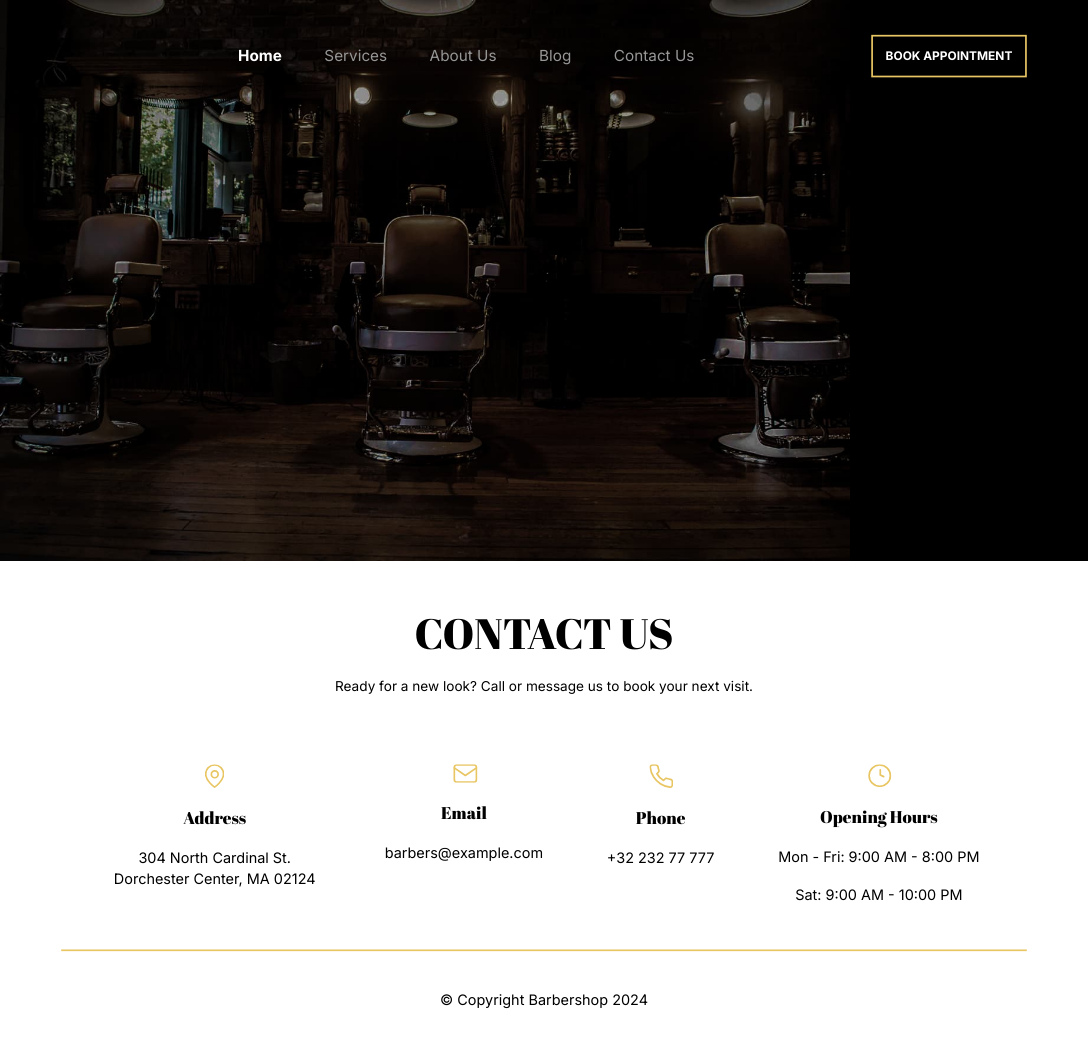
Repository: BogdanLazebnika/barbershop
Page: http://localhost/
An editor plug-in stored every save of this project. The page is shown before and after a run of saves, followed by the edit.
The browser window is 1280 px wide. The pictures show the whole page, at 85% of full size.
The page is run by PHP 8.4 with error messages shown; the project is at /var/www/html/.

Above is the page before, as saved 2025-07-16 19:00:03.

### index.php
<!DOCTYPE html>
<html lang="en">
<head>
    <meta charset="UTF-8">
    <meta name="viewport" content="width=device-width, initial-scale=1.0">
    <title>Homepage Barbershop</title>

    <link rel="stylesheet" href="assets/css/reset.css">
    <link rel="stylesheet" href="assets/css/style.css">
    <link rel="stylesheet" href="assets/css/index.css">
</head>
<body>

    <!-- Header -->
    <?php include 'components/header.php'; ?>

    <main>
        <!-- фонове зображення головної сторінки -->
         <div class="background-image-homepage">
            <img src="assets/images/backgrounds/hero.jpg" alt="Background Image">
         </div>
    </main>

    <?php include 'components/footer.php'; ?>

</body>
</html>

### components/header.php
<?php
$current = basename($_SERVER['PHP_SELF']);
?>
<header class="header">
    <div class="center-header-container">
        <!-- Link to Header CSS -->
        <link rel="stylesheet" href="assets/css/header.css">
        <link rel="preconnect" href="https://fonts.googleapis.com">
        <link rel="preconnect" href="https://fonts.gstatic.com" crossorigin>
        <link href="https://fonts.googleapis.com/css2?family=Inter:ital,opsz,wght@0,14..32,100..900;1,14..32,100..900&display=swap" rel="stylesheet">

        <script src="assets/js/header.js" defer></script>


        <div class="header-left">
            <button class="burger" id="burger">
                <span></span>
                <span></span>
                <span></span>
            </button>
        </div>

        <nav class="nav">
            <ul class="nav-list">
                <li class="nav-item">
                    <?php if ($current == 'index.php'): ?>
                        <span class="active">Home</span>
                    <?php else: ?>
                        <a href="index.php">Home</a>
                    <?php endif; ?>
                </li>

                <li class="nav-item">
                    <?php if ($current == 'services.php'): ?>
                        <span class="active">Services</span>
                    <?php else: ?>
                        <a href="services.php">Services</a>
                    <?php endif; ?>
                </li>

                <li class="nav-item">
                    <?php if ($current == 'about.php'): ?>
                        <span class="active">About Us</span>
                    <?php else: ?>
                        <a href="about.php">About Us</a>
                    <?php endif; ?>
                </li>

                <li class="nav-item">
                    <?php if ($current == 'blog.php'): ?>
                        <span class="active">Blog</span>
                    <?php else: ?>
                        <a href="blog.php">Blog</a>
                    <?php endif; ?>
                </li>

                <li class="nav-item">
                    <?php if ($current == 'contact.php'): ?>
                        <span class="active">Contact Us</span>
                    <?php else: ?>
                        <a href="contact.php">Contact Us</a>
                    <?php endif; ?>
                </li>
            </ul>
        </nav>
        <a class="button-book-appointment" href="#">BOOK APPOINTMENT</a>
    </div>



</header>

### components/footer.php
<footer>
    <!-- Link to Footer CSS -->
    <link rel="stylesheet" href="assets/css/footer.css">

    <link rel="preconnect" href="https://fonts.googleapis.com">
    <link rel="preconnect" href="https://fonts.gstatic.com" crossorigin>
    <link href="https://fonts.googleapis.com/css2?family=Abril+Fatface&family=Inter:ital,opsz,wght@0,14..32,100..900;1,14..32,100..900&display=swap" rel="stylesheet">

    <link rel="preconnect" href="https://fonts.googleapis.com">
    <link rel="preconnect" href="https://fonts.gstatic.com" crossorigin>
    <link href="https://fonts.googleapis.com/css2?family=Inter:ital,opsz,wght@0,14..32,100..900;1,14..32,100..900&display=swap" rel="stylesheet">


    <h2>CONTACT US</h2>
    <p class="footer-text">Ready for a new look? Call or message us to book your next visit.</p>

    <ul class="footer-contacts">
        <li>
            <ul class="contact-item">
                <li class="contact-icon">
                    <img src="assets/images/icons/icon_location.svg" alt="location">
                </li>
                <li class="contact-label">Address</li>
                <li class="contact-text">
                    304 North Cardinal St. Dorchester Center, MA 02124
                </li>
            </ul>
        </li>

        <li>
            <ul class="contact-item">
                <li class="contact-icon">
                    <img src="assets/images/icons/icon_envelope.svg" alt="email">
                </li>
                <li class="contact-label">Email</li>
                <li class="contact-text"><a href="mailto:barbers@example.com">barbers@example.com</a></li>
            </ul>
        </li>

        <li>
            <ul class="contact-item">
                <li class="contact-icon">
                    <img src="assets/images/icons/icon_phone.svg" alt="phone">
                </li>
                <li class="contact-label">Phone</li>
                <li class="contact-text"><a href="tel:+1234567890">+32 232 77 777</a></li>
            </ul>
        </li>

        <li>
            <ul class="contact-item">
                <li class="contact-icon">
                    <img src="assets/images/icons/icon_clock.svg" alt="opening hours">
                </li>
                <li class="contact-label">Opening Hours</li>
                <li class="contact-text">Mon - Fri: 9:00 AM - 8:00 PM</li>
                <li class="contact-text">Sat: 9:00 AM - 10:00 PM</li>
            </ul>
        </li>
    </ul>

    <!-- додаємо лінію -->
    <hr>

    <p class="copyright">© Copyright Barbershop 2024</p>
</footer>

### assets/css/style.css
body{
    max-width: 1440px;

    margin-left: auto;
    margin-right: auto;
    background-color: black;
}

main{
    /* відступ для фіксованої шапки */
    min-height: calc(100vh - 95px);
}

### assets/css/index.css
.background-image-homepage{
max-width: 1000px;

}

.background-image-homepage img {
    width: 100%;

}

### assets/css/header.css
header {
  position: fixed;
  top: 0;
  left: 0;
  width: 100%;
  height: 92px;
  color: #ffffff;
  display: flex;
  align-items: center;
  justify-content: center;
  z-index: 1000;

  /* Усі переходи в одному місці */
  transition:
    transform 0.3s ease,
    background-color 0.3s ease,
    box-shadow 0.3s ease;

  transform: translateY(0);
}

header.hidden {
  transform: translateY(-100%);
}

header.scrolled {
  background-color: rgba(0, 0, 0, 0.5);
  box-shadow: 0 4px 10px rgba(0, 0, 0, 0.2);
  backdrop-filter: blur(6px);
}


.center-header-container{
    position: relative;
    display: flex;
    justify-content: space-between;
    width: 100%;
    margin-top: 40px;
    height: 50px;
    max-width: 1440px;
}

/* БУРГЕР */
.header-left{
    display: flex;
    align-items: center;
    gap: 20px;
    margin-left: 72px;
}
.burger {
    width: 30px;
    height: 20px;
    display: flex;
    flex-direction: column;
    justify-content: space-between;
    background: none;
    border: none;
    cursor: pointer;
    padding: 0;
}
.burger span {
    width: 100%;
    height: 4px;
    background: #E9C664;
    border-radius: 4px;
    transition: 0.3s ease;
    transform-origin: center;
}
/* логіка вікривання */
.burger.open span:nth-child(1) {
  transform: rotate(45deg) translateY(11px);
}

.burger.open span:nth-child(2) {
  opacity: 0;
}

.burger.open span:nth-child(3) {
  transform: rotate(-45deg) translateY(-11px);
}





/* Навігація  для ПК*/
@media screen and (min-width: 1024px) {
    nav {
        display: flex;
        align-items: center;

    }
    nav ul {
        display: flex;
        list-style: none;
        padding: 0;
        gap: 50px;
    }

    nav ul li a {
        text-decoration: none;
        color: #979797;
        font-size: 18px;
        font-family: "inter", sans-serif;
        font-weight: 400;
    }
    nav ul li a.active{
        color: #ffffff;
        font-weight: bold;
    }
    nav ul li span {
        text-decoration: none;
        color: #979797;
        font-size: 18px;
        font-family: "inter", sans-serif;
        font-weight: 400;
        cursor: pointer; /* щоб не було посилання */
    }
    nav ul li span.active{
        color: #ffffff;
        font-weight: bold;
    }


    /* робимо риску при наведені на навігацію яка висувається*/

    nav ul li a {
        position: relative;
    }

    nav ul li a::after {
        content: "";
        position: absolute;
        left: 0;
        right: 0;
        bottom: -7px;
        height: 2px;
        background: #E9C664;
        transform: scaleX(0);
        transition: transform 0.3s ease;
    }


    nav ul li a:hover::after{
        transform: scaleX(1);
    }
    nav ul li a.active::after {
        transform: scaleX(0);
        transition: none;
    }
}

.button-book-appointment{
    text-decoration: none;

    display: flex;
    align-items: center;
    justify-content: center;

    font-family: "inter", sans-serif;
    font-size: 14px;
    font-weight: bold;
    color: #ffffff;

    padding: 15px 15px;
    border: #E9C664 solid 2px;

    margin-right: 72px;
}






/* css для мобілки */

@media screen and (min-width: 1023px) {
    .burger{
        display: none;
    }
}


@media screen and (max-width: 1023px) {
    .header{
        height: 72px;
    }
}
@media screen and (max-width: 1023px) {
    .center-header-container{
        margin-top: 20px;
    }
}
@media screen and (max-width: 1023px) {
    .header-left{
        margin-left: 20px;
    }
}



@media screen and (max-width: 1023px) {
    nav{
        position: absolute;
        top: 50px;
        left: -200px;
        transition: left 0.3s ease;

        background-color: #212121;

        width: 200px;
        min-height: 100vh;
        overflow-x: auto;
    }
    nav.open {
        left: 0;
        transition: left 0.3s ease;
    }
    .nav-item a{
        font-family: "inter", sans-serif;
        font-size: 18px;
        font-weight: 400;
        color: #ffffff;
        text-decoration: none;
    }
    .nav-item span{
        font-family: "inter", sans-serif;
        font-size: 18px;
        font-weight: 400;
        color: #ffffff;
        text-decoration: none;
    }

    .nav-item span.active{
        color: #E9C664;
        font-weight: bold;
        padding-bottom: 5px;
        border-bottom: #E9C664 solid 3px;
    }

    .nav-item a:hover{
        padding-bottom: 5px;
        border-bottom: #E9C664 solid 3px;
    }
    .header.open {
        background-color: #212121;
    }

    .nav-list{
        display: flex;
        flex-direction: column;
        gap: 25px;
        padding: 20px 0 0 20px;
    }




}






@media screen and (max-width: 1023px) {
    .button-book-appointment{
        margin-right: 20px;
    }
}

### assets/css/footer.css
footer {
    background-color: #ffffff;
    padding: 60px 72px;
    text-align: center;
}

footer h2 {
    color: #000000;
    font-family: "Abril Fatface", serif;
    font-size: 50px;
    font-weight: 400;

    margin-bottom: 25px;
}
footer .footer-text{
    color: #000000;
    font-family: "inter", sans-serif;
    font-size: 16px;
    font-weight: 400;
    line-height: 1.5;


    margin-bottom: 80px;
}


.footer-contacts{
    display: flex;
    flex-wrap: wrap;
    gap: 75px;
    justify-content: center;

    margin-bottom: 50px;
}
.contact-item{
    display: flex;
    flex-direction: column;
    align-items: center;
    gap: 20px;
    max-width: 250px;
}

.contact-icon{
    width: 26px;
}

.contact-label{
    color: #000000;
    font-family: "abril fatface", serif;
    font-size: 20px;
    font-weight: 400;
    line-height: 1.5;
}
.contact-text{
    font-family: "inter", sans-serif;
    font-size: 17px;
    font-weight: 400;
    line-height: 1.5;
    color: #000000;
}
.contact-text a{
    color: #000000;
    text-decoration: none;
}
hr {
    border: 0;
    border-top: 2px solid #E9C664;
    margin-bottom: 45px;
}

.copyright{
    color: #000000;
    font-family: "inter", sans-serif;
    font-size: 17px;
    font-weight: 400;
    line-height: 1.5;
    text-align: center;
}





/* css для мобілки */
@media screen and (max-width: 1023px) {
    footer {
        padding: 30px 20px;
    }
    footer h2 {
        font-size: 30px;
    }
    .footer-contacts {
        flex-direction: column;
        align-items: center;
    }
    .contact-item {
        max-width: 100%;
    }
}

### assets/images/icons/footer/icon_location.svg
<svg width="23" height="28" viewBox="0 0 23 28" fill="none" xmlns="http://www.w3.org/2000/svg">
<path d="M22 11.636C22 19.909 11.5 27 11.5 27C11.5 27 0.99997 19.909 0.99997 11.636C0.982143 8.83325 2.07833 6.1382 4.04741 4.14361C6.0165 2.14901 8.69723 1.01824 11.5 1C14.3027 1.01824 16.9834 2.14901 18.9525 4.14361C20.9216 6.1382 22.0178 8.83325 22 11.636V11.636Z" stroke="#E9C664" stroke-width="2" stroke-linecap="round" stroke-linejoin="round"/>
<path d="M11.64 16.004C13.8492 16.004 15.64 14.2132 15.64 12.004C15.64 9.79489 13.8492 8.00403 11.64 8.00403C9.43088 8.00403 7.64001 9.79489 7.64001 12.004C7.64001 14.2132 9.43088 16.004 11.64 16.004Z" stroke="#E9C664" stroke-width="2" stroke-linecap="round" stroke-linejoin="round"/>
</svg>

### assets/images/icons/footer/icon_envelope.svg
<svg width="29" height="22" viewBox="0 0 29 22" fill="none" xmlns="http://www.w3.org/2000/svg">
<path d="M4.1 1.00034H24.9C25.5757 0.989335 26.2282 1.24602 26.7153 1.71439C27.2024 2.18275 27.4845 2.82477 27.5 3.50034V18.5003C27.4845 19.1759 27.2024 19.8179 26.7153 20.2863C26.2282 20.7547 25.5757 21.0113 24.9 21.0003H4.1C3.42434 21.0113 2.77176 20.7547 2.28466 20.2863C1.79756 19.8179 1.51549 19.1759 1.5 18.5003V3.50034C1.51549 2.82477 1.79756 2.18275 2.28466 1.71439C2.77176 1.24602 3.42434 0.989335 4.1 1.00034V1.00034Z" stroke="#E9C664" stroke-width="2" stroke-linecap="round" stroke-linejoin="round"/>
<path d="M27.5 4.38708L14.5 13.2701L1.5 4.38708" stroke="#E9C664" stroke-width="2" stroke-linecap="round" stroke-linejoin="round"/>
</svg>

### assets/images/icons/footer/icon_phone.svg
<svg width="28" height="28" viewBox="0 0 28 28" fill="none" xmlns="http://www.w3.org/2000/svg">
<path d="M26.9993 20.4661V24.3801C27.0004 24.7439 26.9255 25.1038 26.7794 25.437C26.6334 25.7701 26.4193 26.069 26.151 26.3146C25.8827 26.5602 25.5661 26.7471 25.2214 26.8633C24.8767 26.9794 24.5115 27.0223 24.1493 26.9891C20.1275 26.5535 16.2636 25.1819 12.8673 22.9841C9.70973 20.9822 7.03167 18.3096 5.0233 15.1561C2.81449 11.7536 1.43958 7.87797 1.0103 3.84414C0.977934 3.48295 1.02117 3.11897 1.13724 2.7754C1.25332 2.43184 1.43969 2.11622 1.68448 1.84867C1.92927 1.58111 2.22712 1.36748 2.55903 1.22138C2.89094 1.07529 3.24965 0.999945 3.6123 1.00014H7.5343C8.16804 0.993552 8.78259 1.21752 9.26348 1.63035C9.74437 2.04317 10.0588 2.61671 10.1483 3.24414C10.3138 4.49678 10.6208 5.72663 11.0633 6.91014C11.2392 7.37716 11.2772 7.88485 11.173 8.37287C11.0688 8.86089 10.8266 9.30873 10.4753 9.66314L8.8153 11.3201C10.678 14.5878 13.3879 17.2922 16.6593 19.1481L18.3193 17.4911C18.6751 17.1403 19.1238 16.8986 19.6125 16.7946C20.1012 16.6906 20.6095 16.7286 21.0773 16.9041C22.2634 17.3457 23.4955 17.652 24.7503 17.8171C25.3849 17.9058 25.9648 18.2247 26.3795 18.7132C26.7942 19.2016 27.0148 19.8256 26.9993 20.4661Z" stroke="#E9C664" stroke-width="2" stroke-linecap="round" stroke-linejoin="round"/>
</svg>

### assets/images/icons/footer/icon_clock.svg
<svg width="28" height="27" viewBox="0 0 28 27" fill="none" xmlns="http://www.w3.org/2000/svg">
<path d="M14 26C20.9036 26 26.5 20.4036 26.5 13.5C26.5 6.59644 20.9036 1 14 1C7.09644 1 1.5 6.59644 1.5 13.5C1.5 20.4036 7.09644 26 14 26Z" stroke="#E9C664" stroke-width="2" stroke-linecap="round" stroke-linejoin="round"/>
<path d="M14.625 6.66699V12.667L18.625 14.667" stroke="#E9C664" stroke-width="2" stroke-linecap="round" stroke-linejoin="round"/>
</svg>

### assets/js/header.js
// логіка вікривання меню
document.addEventListener('DOMContentLoaded', function () {
  const burger = document.querySelector('.burger');
  const nav = document.querySelector('.nav');
  const header = document.querySelector('header');

  // Відкривання/закривання по кліку на бургер
  burger.addEventListener('click', function (e) {
    e.stopPropagation();
    burger.classList.toggle('open');
    nav.classList.toggle('open');
    header.classList.toggle('open');
  });

  // Закриття при кліку поза шапкою/меню
  document.addEventListener('click', function (e) {
    const isClickInside = header.contains(e.target);

    if (!isClickInside && nav.classList.contains('open')) {
      burger.classList.remove('open');
      nav.classList.remove('open');
      header.classList.remove('open'); // 🔧 додаємо!
    }
  });

  // Закриття при скролі, якщо меню відкрите
  window.addEventListener('scroll', function () {
    const navIsOpen = nav.classList.contains('open');

    if (navIsOpen) {
      burger.classList.remove('open');
      nav.classList.remove('open');
      header.classList.remove('open'); // 🔧 додаємо!
    }
  });
});

// стилізація шапки
let lastScroll = window.scrollY;
let header = document.querySelector('header');
let scrollUpDistance = 0;
let scrollDownDistance = 0;

window.addEventListener('scroll', () => {
  const currentScroll = window.scrollY;

  // Перевірка, чи меню відкрите
  const menuIsOpen = document.querySelector('.nav').classList.contains('open');
  if (menuIsOpen) {
    return; // Якщо меню відкрите — не ховаємо шапку
  }

  // ✅ Додаємо фон, якщо не на самому верху
  if (currentScroll > 0) {
    header.classList.add('scrolled');
  } else {
    header.classList.remove('scrolled');
  }

  // Скрол вниз
  if (currentScroll > lastScroll) {
    scrollUpDistance = 0;
    scrollDownDistance += currentScroll - lastScroll;

    if (scrollDownDistance > 250) {
      header.classList.add('hidden');
    }
  }

  // Скрол вгору
  else if (currentScroll < lastScroll) {
    scrollDownDistance = 0;
    scrollUpDistance += lastScroll - currentScroll;

    if (scrollUpDistance > 200) {
      header.classList.remove('hidden');
    }
  }

  lastScroll = currentScroll;
});

Loaded but not shown: assets/css/reset.css (common file)

After the next 3 saves:
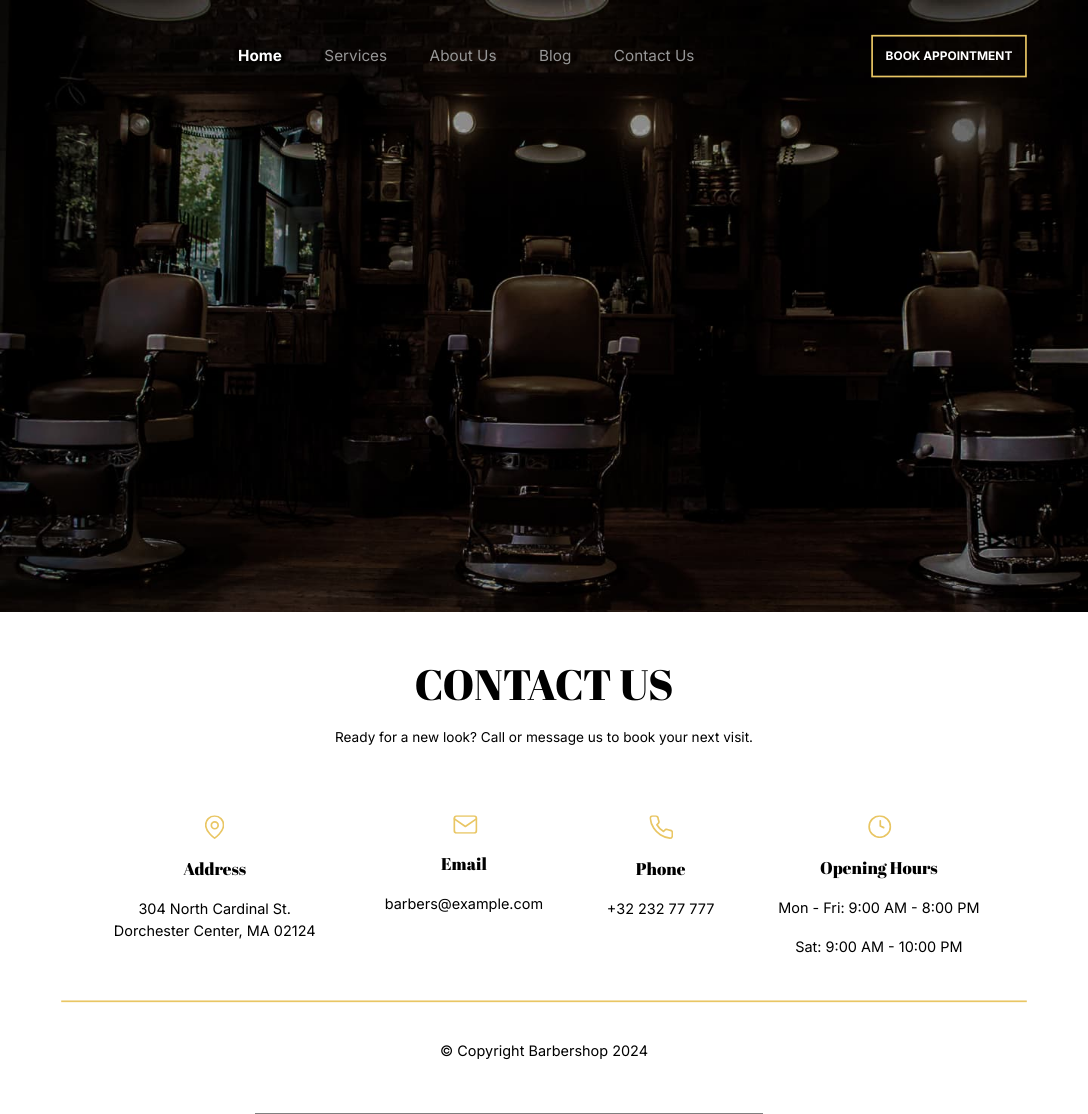
The 3 saves are shown as one change because they came seconds apart.
The last was saved 49 s later.
--- a/assets/css/index.css
+++ b/assets/css/index.css
@@ -1,5 +1,8 @@
 .background-image-homepage{
-max-width: 1000px;
+    position: relative;
+    width: 100%;
+    height: 100vh;
+    overflow: hidden;
 
 }
 
